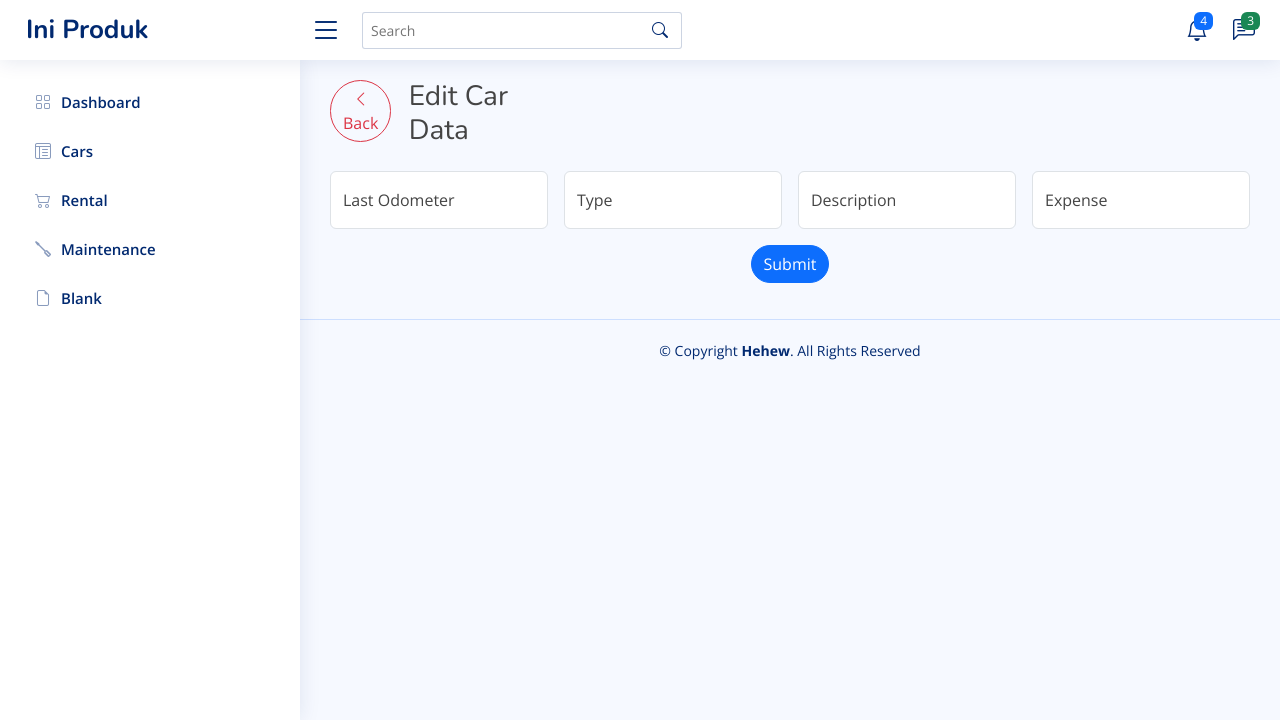
Repository: Jistoper/car_rental
Page: http://localhost/maintenance_add
These files come from the project's save history. The page is drawn as it stood at one moment and after the next save; the edit follows.
The browser window is 1280 px wide. The pictures show the whole page.
The page is served by the project's Laravel application, run on PHP 8.4 with Laravel 9.

Above is the page before, as saved 2023-06-25 17:53:18.

After the next save:
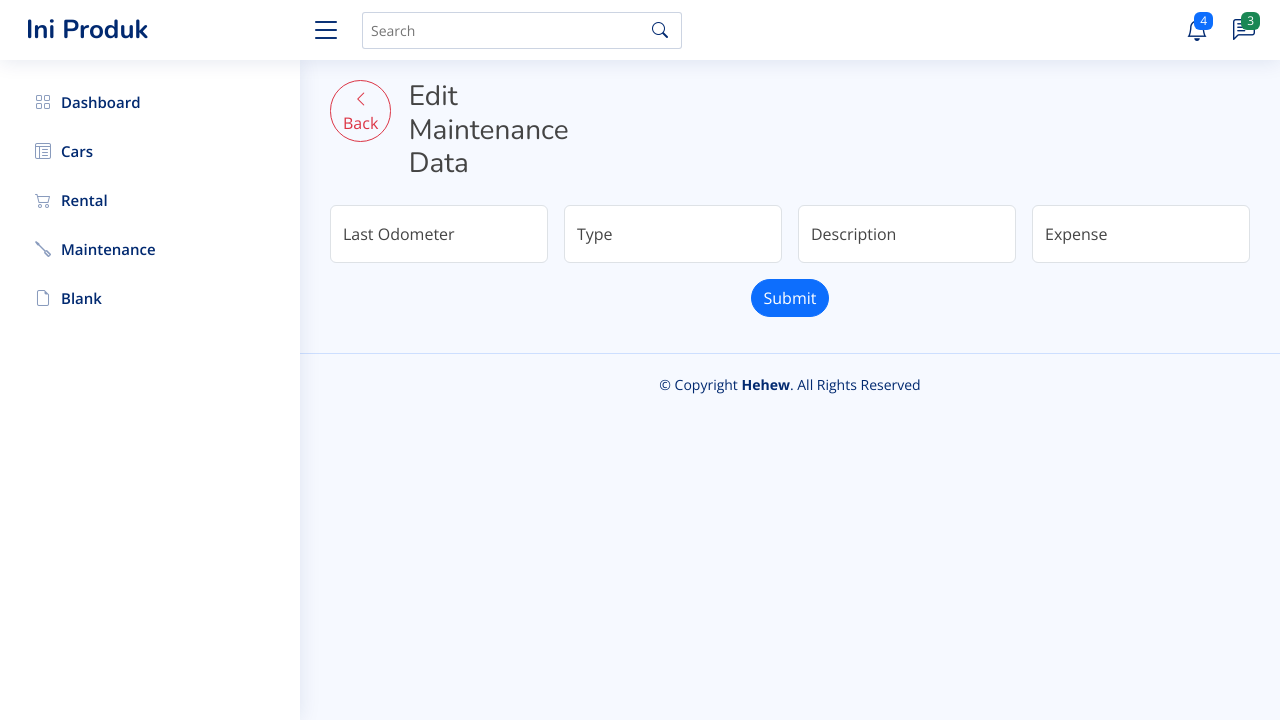
Saved 26 s later.
--- a/resources/views/backsite/content/maintenance/editmtn.blade.php
+++ b/resources/views/backsite/content/maintenance/editmtn.blade.php
@@ -7,7 +7,7 @@
     <div class="col-md-1">
       <a type="button" href="{{ route('car.getall') }}" class="btn btn-outline-danger rounded-pill bi-chevron-left"> Back</a>
     </div>
-    <h3 class="col-md-2">Edit Car Data</h3>
+    <h3 class="col-md-2">Edit Maintenance Data</h3>
   </div>
     <form action="{{ route('car.storeEdit') }}" method="POST" class="row g-3">
         @csrf
